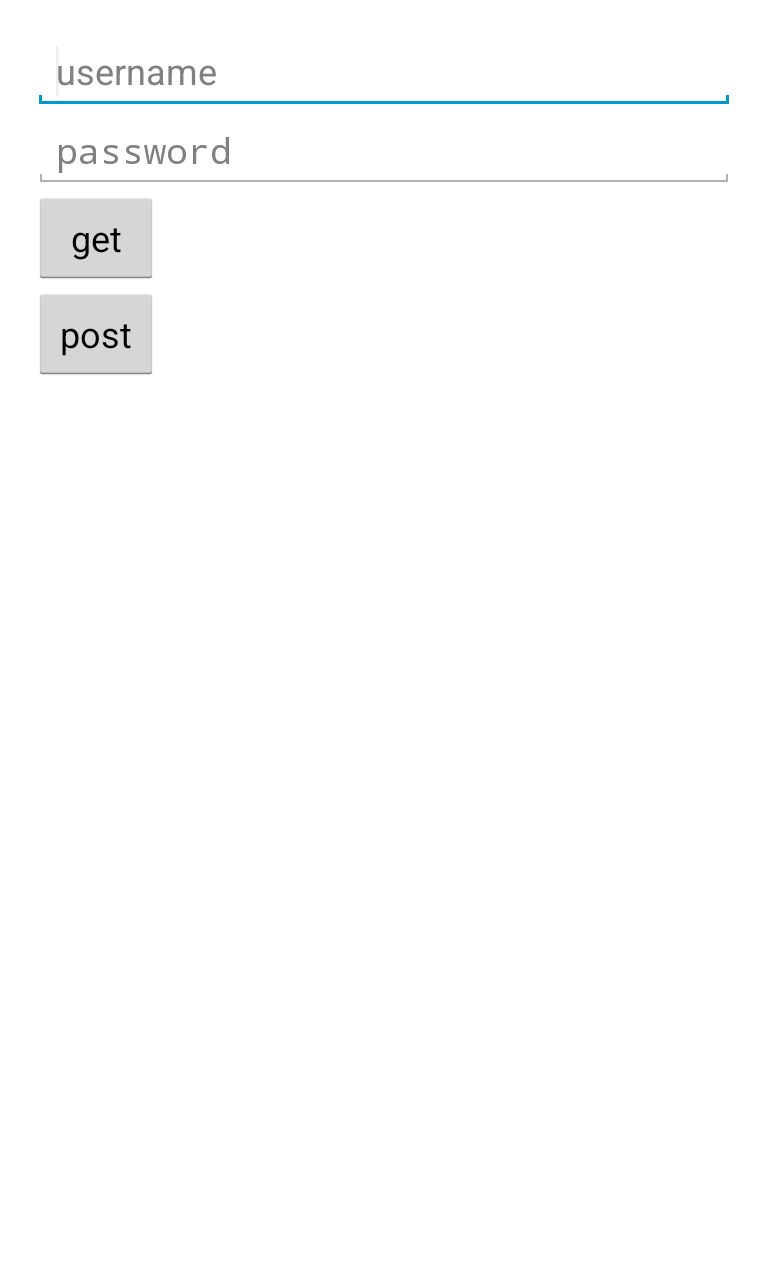
Repository: DongHuaLu/android
Layout: 18Get/res/layout/activity_main.xml
The author's editor kept a copy of each file at every save. The layout is drawn from the files as they stood at one save, then again after the next save.
It is drawn on a 768 x 1280 px phone screen (xhdpi) without system bars, with theme AppTheme; the app's code is not run.

Above is the layout before, as saved 2013-08-26 08:39:04.

After the next save:
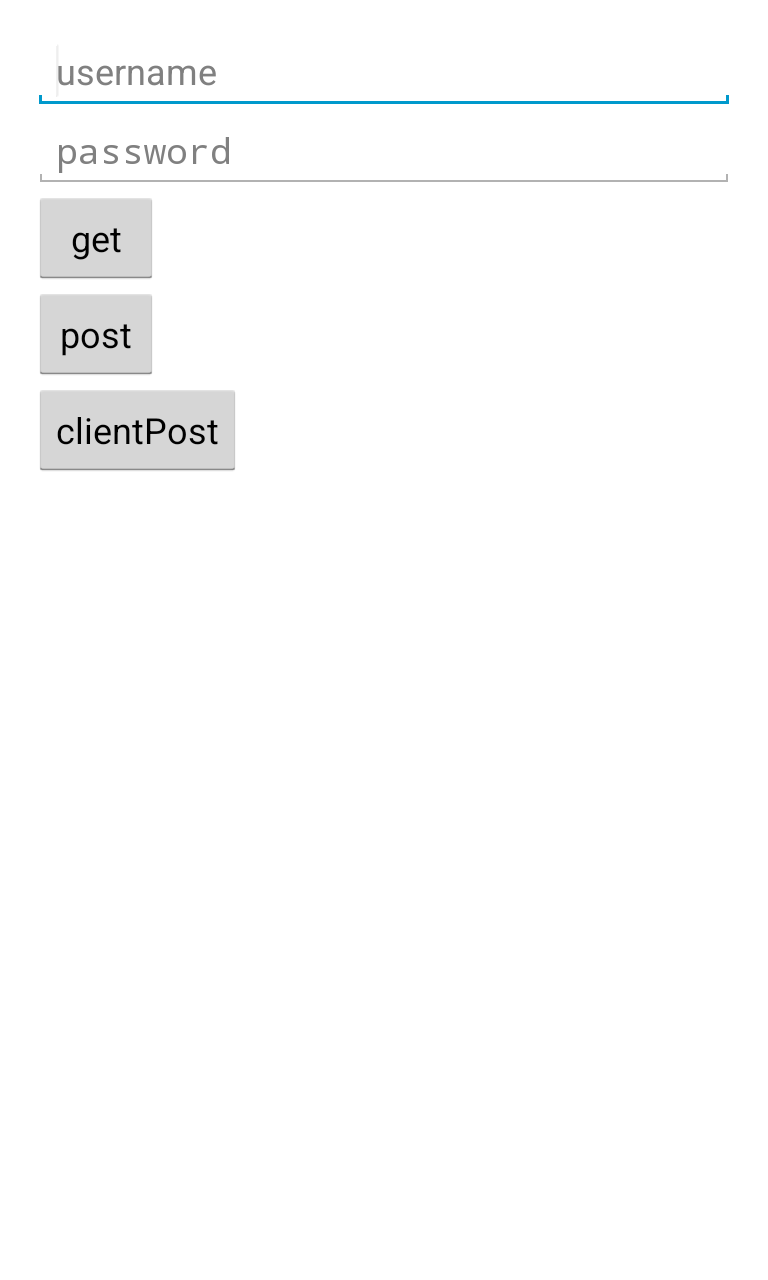
Saved 48 s later.
--- a/18Get/res/layout/activity_main.xml
+++ b/18Get/res/layout/activity_main.xml
@@ -39,4 +39,10 @@
         android:onClick="clickPost"
         android:text="post" />
 
+    <Button
+        android:layout_width="wrap_content"
+        android:layout_height="wrap_content"
+        android:onClick="clientClickPost"
+        android:text="clientPost" />
+
 </LinearLayout>
